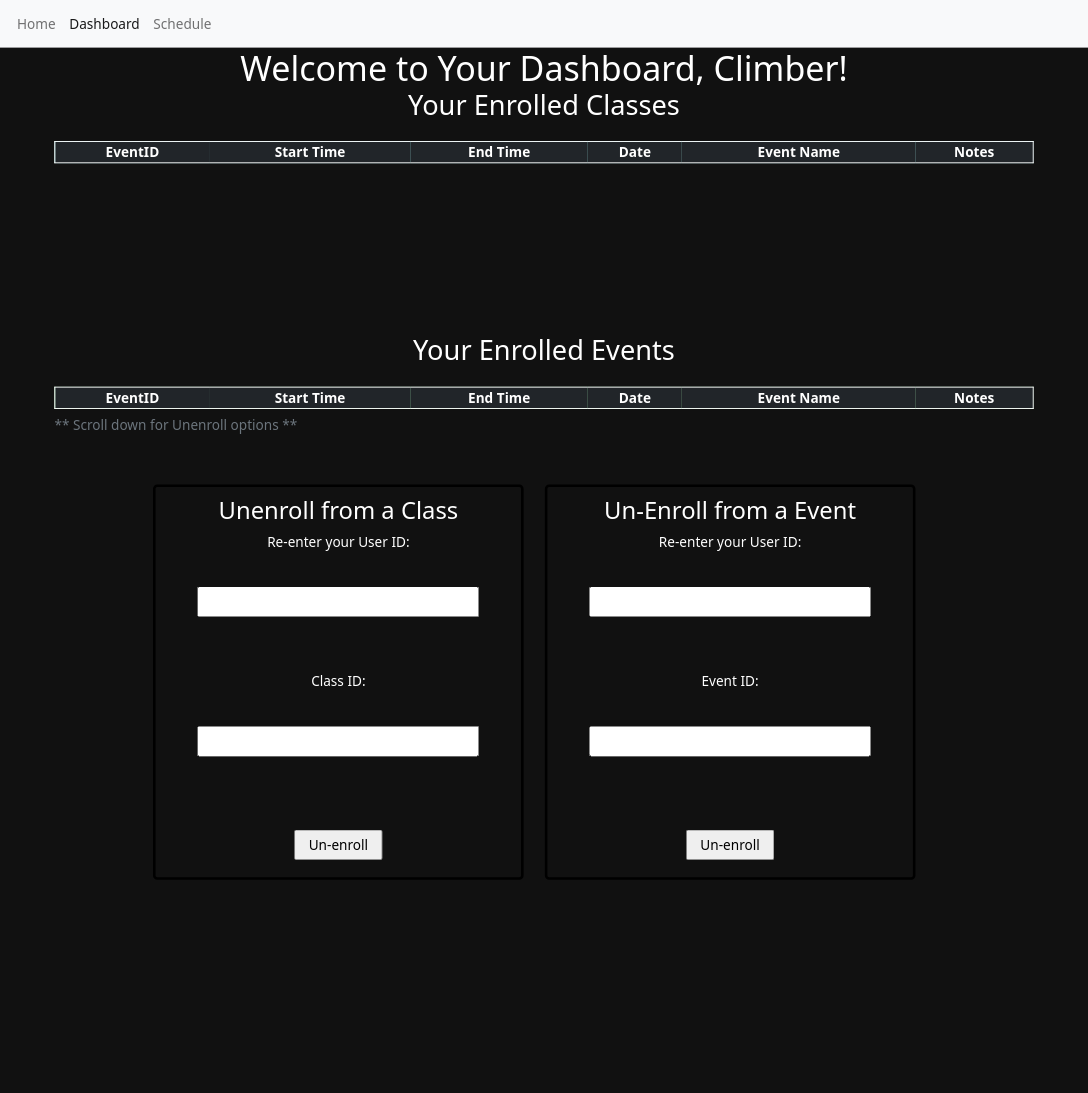
Repository: jennefercampoverde/Rock-Climb-Up
Page: http://localhost/Climberdashboard.php
The author's editor kept a copy of each file at every save. The page is drawn from the files as they stood at one save, then again after the next save.
The browser window is 1280 px wide. The pictures show the whole page, at 85% of full size.
The page is run by PHP 8.4 with error messages shown; the project is at /var/www/html/. Queries for data that is not in the repository find no rows.

Above is the page before, as saved 2024-12-08 09:50:34.

After the next save:
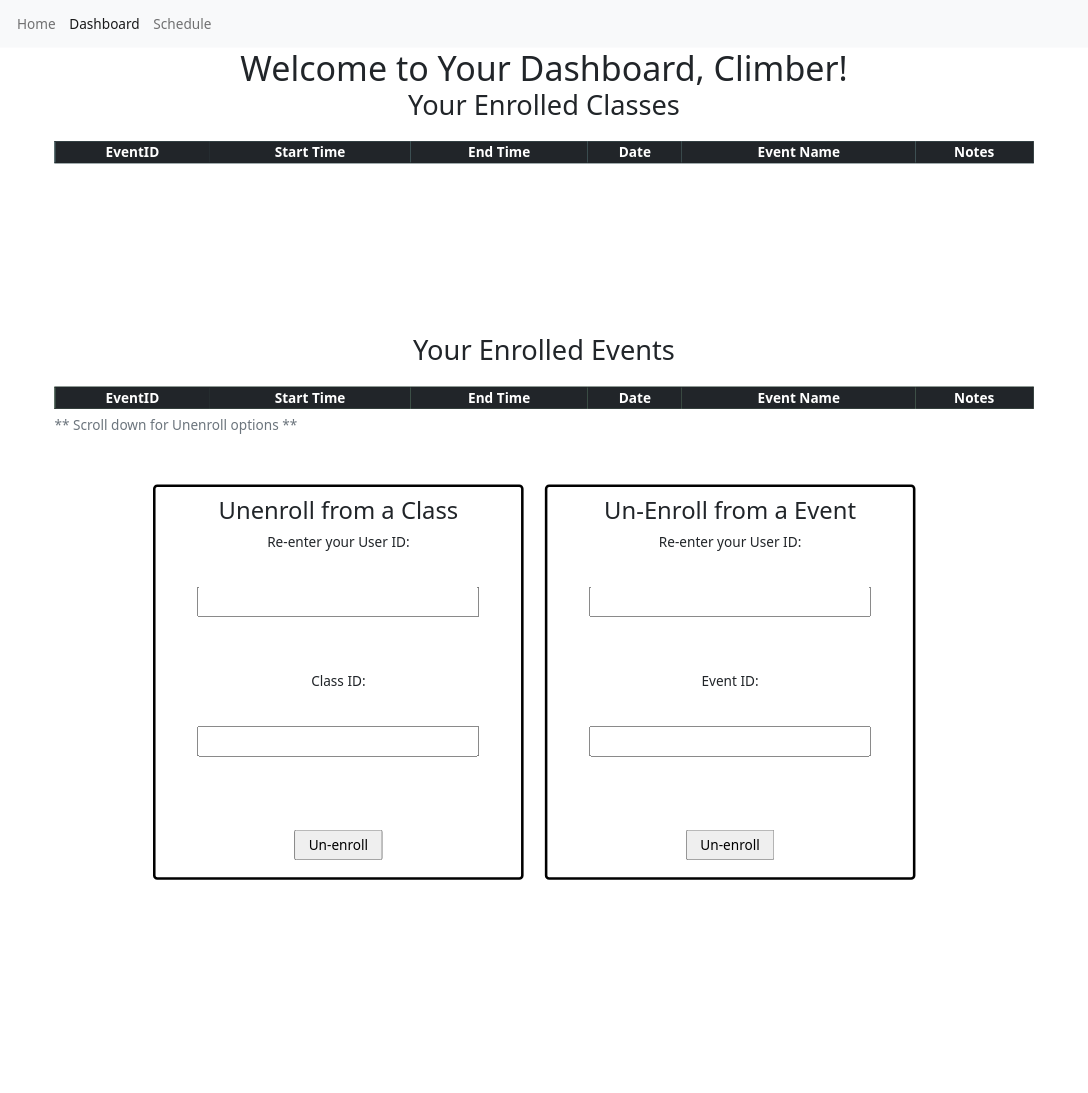
Saved 20 s later.
--- a/Climberdashboard.php
+++ b/Climberdashboard.php
@@ -8,7 +8,7 @@
   <link rel="stylesheet" type="text/css" href="style.css">
   <link href="https://cdn.jsdelivr.net/npm/bootstrap@5.2.3/dist/css/bootstrap.min.css" rel="stylesheet" integrity="sha384-rbsA2VBKQhggwzxH7pPCaAqO46MgnOM80zW1RWuH61DGLwZJEdK2Kadq2F9CUG65" crossorigin="anonymous">
 </head>
-<body id="home" >
+<body id="" >
 <nav class="navbar navbar-expand-lg bg-light">
     <div class="container-fluid">
     <button class="navbar-toggler" type="button" data-bs-toggle="collapse" data-bs-target="#navbarNavAltMarkup" aria-controls="navbarNavAltMarkup" aria-expanded="false" aria-label="Toggle navigation">

After the save that followed:
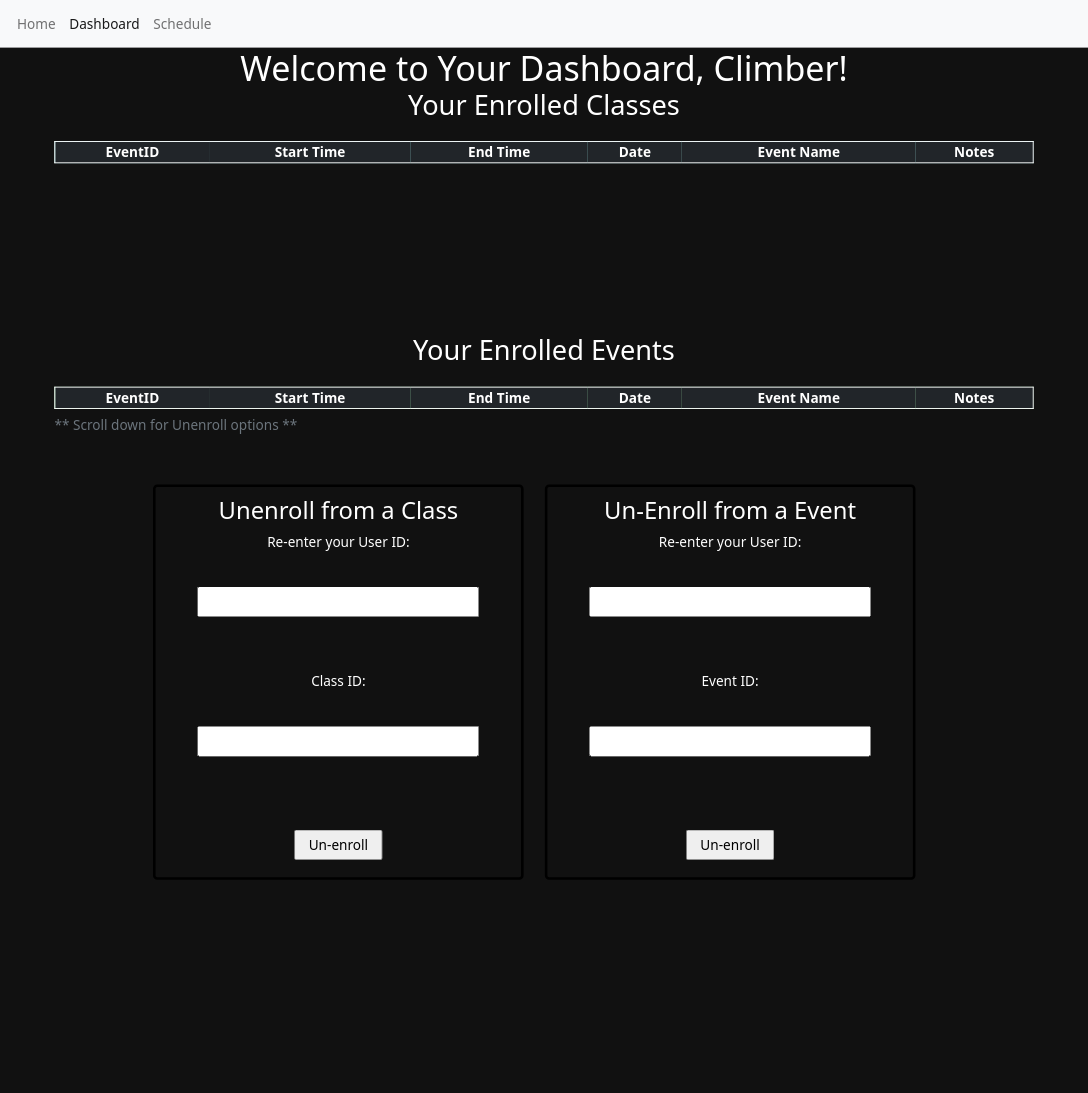
Saved 89 s later.
--- a/Climberdashboard.php
+++ b/Climberdashboard.php
@@ -8,7 +8,7 @@
   <link rel="stylesheet" type="text/css" href="style.css">
   <link href="https://cdn.jsdelivr.net/npm/bootstrap@5.2.3/dist/css/bootstrap.min.css" rel="stylesheet" integrity="sha384-rbsA2VBKQhggwzxH7pPCaAqO46MgnOM80zW1RWuH61DGLwZJEdK2Kadq2F9CUG65" crossorigin="anonymous">
 </head>
-<body id="" >
+<body id="home" >
 <nav class="navbar navbar-expand-lg bg-light">
     <div class="container-fluid">
     <button class="navbar-toggler" type="button" data-bs-toggle="collapse" data-bs-target="#navbarNavAltMarkup" aria-controls="navbarNavAltMarkup" aria-expanded="false" aria-label="Toggle navigation">
@@ -67,11 +67,11 @@
 
  if($result->num_rows>0){
    while($row = $result->fetch_assoc()) {
+    $findClassDetail="SELECT * FROM Classes WHERE ClassID='$foundClassID'";
+    $foundClassID=$row['ClassID'];
     $foundClasses=$conn->query($findClassDetail);
     if($foundClasses->num_rows> 0){
-      $foundClassID=$row['ClassID'];
-      echo $foundClassID;
-      $findClassDetail="SELECT * FROM Classes WHERE ClassID='$foundClassID'";
+
       while ($finalresult= $foundClasses->fetch_assoc()) {
    echo "<tr>
    <td>" . $row['ClassID'] . "</td>
